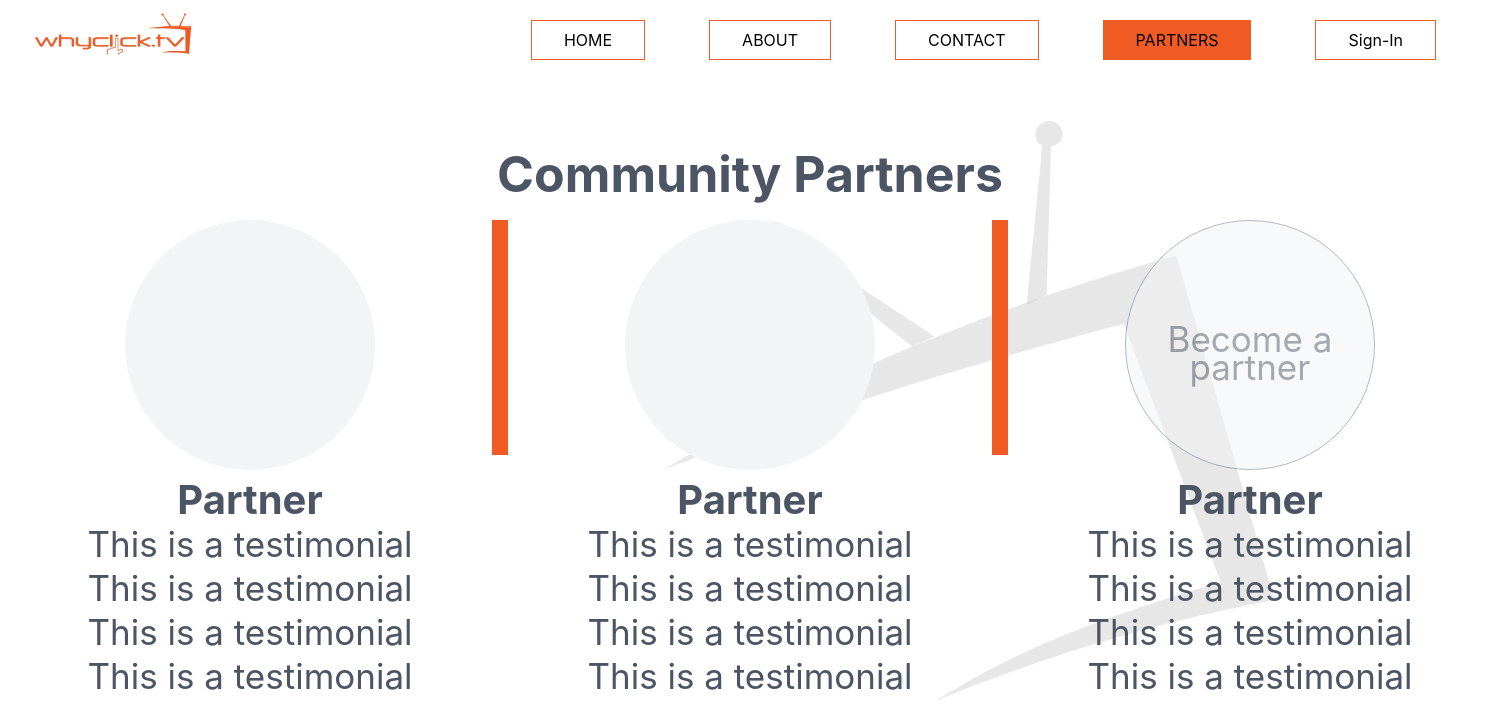
Repository: legenddev1202/whyclicktv
Page: /partners
These files come from the project's save history. The page is drawn as it stood at one moment and after the next save; the edit follows.
The browser window is 1280 px wide. The page is 1500 px wide, so the pictures cover 1500 px, including what lies to the right of the window. The pictures show the whole page.
The project was rebuilt for these pictures with package versions that can differ from the ones it lists, and the page was loaded fresh each time. Also part of the build but not shown: src/App.css, src/pages/home.js, src/pages/about.js, src/pages/contact.js, src/pages/referral.js.

Above is the page before, as saved 2022-04-18 22:40:20.

### public/index.html
<!DOCTYPE html>
<html lang="en">
  <head>
    <meta charset="utf-8" />
    <link rel="icon" href="%PUBLIC_URL%/favicon.ico" />
    <meta name="viewport" content="width=device-width, initial-scale=1" />
    <meta name="theme-color" content="#000000" />
    <meta name="description" content="why-click" />
    <link rel="apple-touch-icon" href="%PUBLIC_URL%/favicon.ico" />
    <!--
      manifest.json provides metadata used when your web app is installed on a
      user's mobile device or desktop. See https://developers.google.com/web/fundamentals/web-app-manifest/
    -->
    <link rel="manifest" href="%PUBLIC_URL%/manifest.json" />
    <!--
      Notice the use of %PUBLIC_URL% in the tags above.
      It will be replaced with the URL of the `public` folder during the build.
      Only files inside the `public` folder can be referenced from the HTML.

      Unlike "/favicon.ico" or "favicon.ico", "%PUBLIC_URL%/favicon.ico" will
      work correctly both with client-side routing and a non-root public URL.
      Learn how to configure a non-root public URL by running `npm run build`.
    -->
    <title>WhyClick.tv</title>
  </head>
  <body>
    <noscript>WhyClick.tv</noscript>
    <div id="root"></div>
    <!--
      This HTML file is a template.
      If you open it directly in the browser, you will see an empty page.

      You can add webfonts, meta tags, or analytics to this file.
      The build step will place the bundled scripts into the <body> tag.

      To begin the development, run `npm start` or `yarn start`.
      To create a production bundle, use `npm run build` or `yarn build`.
    -->
  </body>
</html>

### src/index.css
@tailwind base;
@tailwind components;
@tailwind utilities;

body {
  margin: 0;
  font-family: -apple-system, BlinkMacSystemFont, "Segoe UI", "Roboto", "Oxygen",
    "Ubuntu", "Cantarell", "Fira Sans", "Droid Sans", "Helvetica Neue",
    sans-serif;
  -webkit-font-smoothing: antialiased;
  -moz-osx-font-smoothing: grayscale;
  height: 100%;
  min-width: 1500px;
}

code {
  font-family: source-code-pro, Menlo, Monaco, Consolas, "Courier New",
    monospace;
}

input::placeholder {
  font-size: 50;
}

input::-moz-placeholder {
  font-size: 50;
}

input::-webkit-input-placeholder {
  font-size: 50;
}

### src/App.js
import { Routes, Route, Link } from "react-router-dom";
import "./App.css";
import Home from "./pages/home";
import About from "./pages/about";
import Contact from "./pages/contact";
import Partners from "./pages/partners";
import Referral from "./pages/referral";

function App() {
  return (
    <Routes>
      <Route path="/" element={<Home />} />
      <Route path="about" element={<About />} />
      <Route path="contact" element={<Contact />} />
      <Route path="partners" element={<Partners />} />
      <Route path="referrel" element={<Referral />} />
    </Routes>
  );
}

export default App;

### src/pages/partners.js
import React from "react";
import { Routes, Route, Link } from "react-router-dom";

function Partners() {
  return (
    <>
      <div className="bg-transparent w-full h-20 flex items-center px-8 justify-between">
        <div className="h-20">
          <img
            className="logo-icon h-full"
            src="assets/images/logos/logo.svg"
            alt="logo"
          />
        </div>
        <div className="">
          <button
            className="h-10 px-8 mx-8 border"
            style={{ borderColor: "#F05A23" }}
          >
            <Link to="/">HOME</Link>
          </button>
          <button
            className="h-10 px-8 mx-8 border"
            style={{ borderColor: "#F05A23" }}
          >
            <Link to="/about">ABOUT</Link>
          </button>
          <button
            className="h-10 px-8 mx-8 border"
            style={{ borderColor: "#F05A23" }}
          >
            <Link to="/contact">CONTACT</Link>
          </button>
          <button
            className="h-10 px-8 mx-8 border"
            style={{ borderColor: "#F05A23", backgroundColor: "#F05A23" }}
          >
            <Link to="/partners">PARTNERS</Link>
          </button>
          <button
            className="h-10 px-8 mx-8 border"
            style={{ borderColor: "#F05A23" }}
          >
            <Link to="/signin">Sign-In</Link>
          </button>
        </div>
      </div>
      <div className="h-full w-full flex flex-col items-center justify-center pt-16">
        <div
          className="text-center text-4xl font-bold text-gray-600"
          style={{ fontSize: 50, lineHeight: 1.2 }}
        >
          Community Partners
        </div>
        <div className="w-full flex mt-4">
          <div className="w-1/3 relative px-20 flex flex-col items-center">
            <div
              className="absolute w-4 h-1/2 -right-2"
              style={{ backgroundColor: "#F05A23" }}
            />
            <div
              className="rounded-full bg-gray-100"
              style={{ width: 250, height: 250 }}
            ></div>
            <div
              className="pt-4 text-xl font-bold text-gray-600"
              style={{ fontSize: 40 }}
            >
              Partner
            </div>
            <div
              className="pt-4 text-xl text-gray-600"
              style={{ fontSize: 35 }}
            >
              This is a testimonial
            </div>
            <div
              className="pt-4 text-xl text-gray-600"
              style={{ fontSize: 35 }}
            >
              This is a testimonial
            </div>
            <div
              className="pt-4 text-xl text-gray-600"
              style={{ fontSize: 35 }}
            >
              This is a testimonial
            </div>
            <div
              className="pt-4 text-xl text-gray-600"
              style={{ fontSize: 35 }}
            >
              This is a testimonial
            </div>
          </div>
          <div className="w-1/3 relative px-20 flex flex-col items-center">
            <div
              className="absolute w-4 h-1/2 -right-2"
              style={{ backgroundColor: "#F05A23" }}
            />
            <div
              className="rounded-full bg-gray-100"
              style={{ width: 250, height: 250 }}
            ></div>
            <div
              className="pt-4 text-xl font-bold text-gray-600"
              style={{ fontSize: 40 }}
            >
              Partner
            </div>
            <div
              className="pt-4 text-xl text-gray-600"
              style={{ fontSize: 35 }}
            >
              This is a testimonial
            </div>
            <div
              className="pt-4 text-xl text-gray-600"
              style={{ fontSize: 35 }}
            >
              This is a testimonial
            </div>
            <div
              className="pt-4 text-xl text-gray-600"
              style={{ fontSize: 35 }}
            >
              This is a testimonial
            </div>
            <div
              className="pt-4 text-xl text-gray-600"
              style={{ fontSize: 35 }}
            >
              This is a testimonial
            </div>
          </div>
          <div className="w-1/3 relative px-20 flex flex-col items-center">
            <div
              className="rounded-full bg-gray-100 opacity-50 border border-slate-500 flex items-center justify-center"
              style={{ width: 250, height: 250 }}
            >
              <div
                className="pt-4 text-xl text-gray-600 text-center"
                style={{ fontSize: 35 }}
              >
                Become a <br />
                partner
              </div>
            </div>
            <div
              className="pt-4 text-xl font-bold text-gray-600"
              style={{ fontSize: 40 }}
            >
              Partner
            </div>
            <div
              className="pt-4 text-xl text-gray-600"
              style={{ fontSize: 35 }}
            >
              This is a testimonial
            </div>
            <div
              className="pt-4 text-xl text-gray-600"
              style={{ fontSize: 35 }}
            >
              This is a testimonial
            </div>
            <div
              className="pt-4 text-xl text-gray-600"
              style={{ fontSize: 35 }}
            >
              This is a testimonial
            </div>
            <div
              className="pt-4 text-xl text-gray-600"
              style={{ fontSize: 35 }}
            >
              This is a testimonial
            </div>
          </div>
        </div>
        <img
          className="logo-icon h-5/6 absolute bottom-0 right-0 -z-20"
          src="assets/images/logos/tv-logo.png"
          alt="logo"
        />
      </div>
    </>
  );
}
export default Partners;

Loaded but not shown: src/index.js (common file); src/reportWebVitals.js (common file); tailwind.config.js (common file)

After the next save:
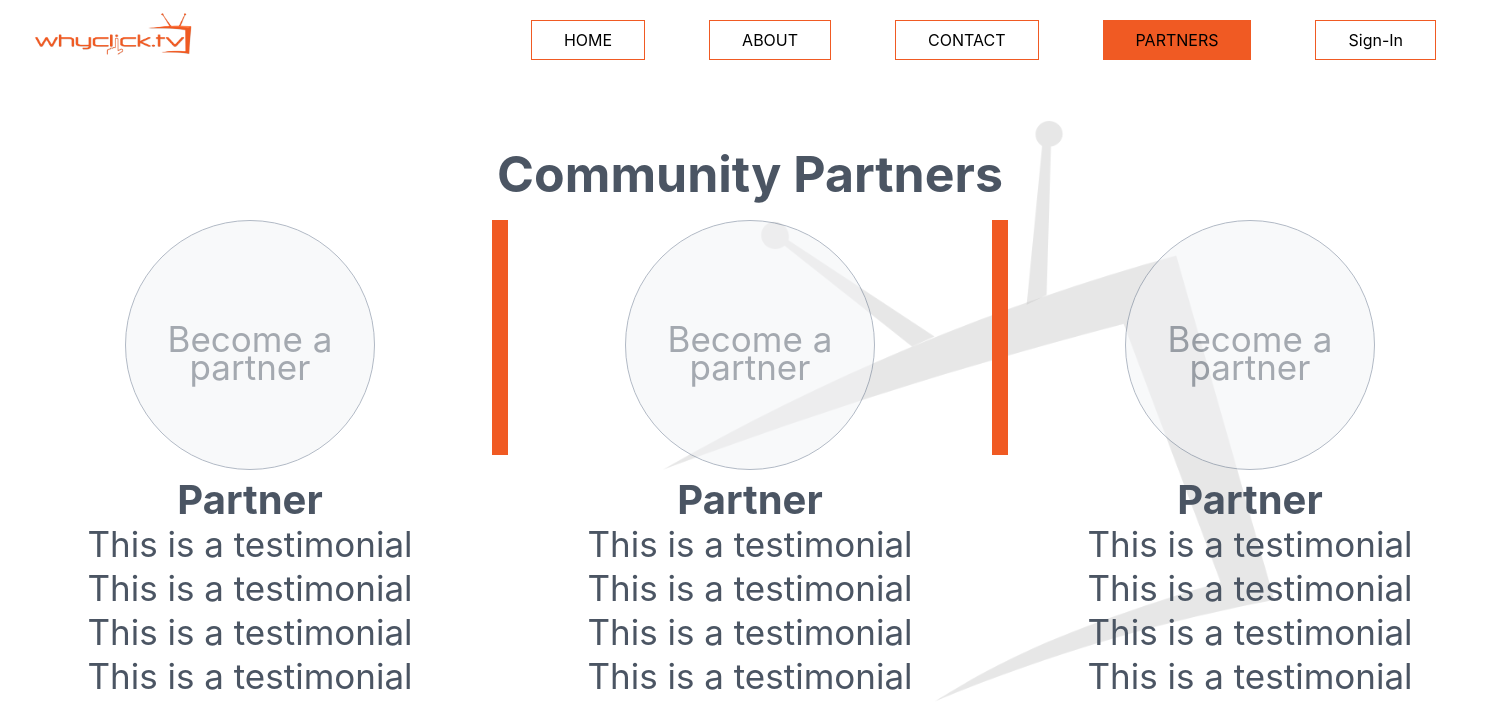
Saved 27 s later.
--- a/src/pages/partners.js
+++ b/src/pages/partners.js
@@ -59,9 +59,17 @@ function Partners() {
               style={{ backgroundColor: "#F05A23" }}
             />
             <div
-              className="rounded-full bg-gray-100"
+              className="rounded-full bg-gray-100 opacity-50 border border-slate-500 flex items-center justify-center"
               style={{ width: 250, height: 250 }}
-            ></div>
+            >
+              <div
+                className="pt-4 text-xl text-gray-600 text-center"
+                style={{ fontSize: 35 }}
+              >
+                Become a <br />
+                partner
+              </div>
+            </div>
             <div
               className="pt-4 text-xl font-bold text-gray-600"
               style={{ fontSize: 40 }}
@@ -99,9 +107,17 @@ function Partners() {
               style={{ backgroundColor: "#F05A23" }}
             />
             <div
-              className="rounded-full bg-gray-100"
+              className="rounded-full bg-gray-100 opacity-50 border border-slate-500 flex items-center justify-center"
               style={{ width: 250, height: 250 }}
-            ></div>
+            >
+              <div
+                className="pt-4 text-xl text-gray-600 text-center"
+                style={{ fontSize: 35 }}
+              >
+                Become a <br />
+                partner
+              </div>
+            </div>
             <div
               className="pt-4 text-xl font-bold text-gray-600"
               style={{ fontSize: 40 }}
